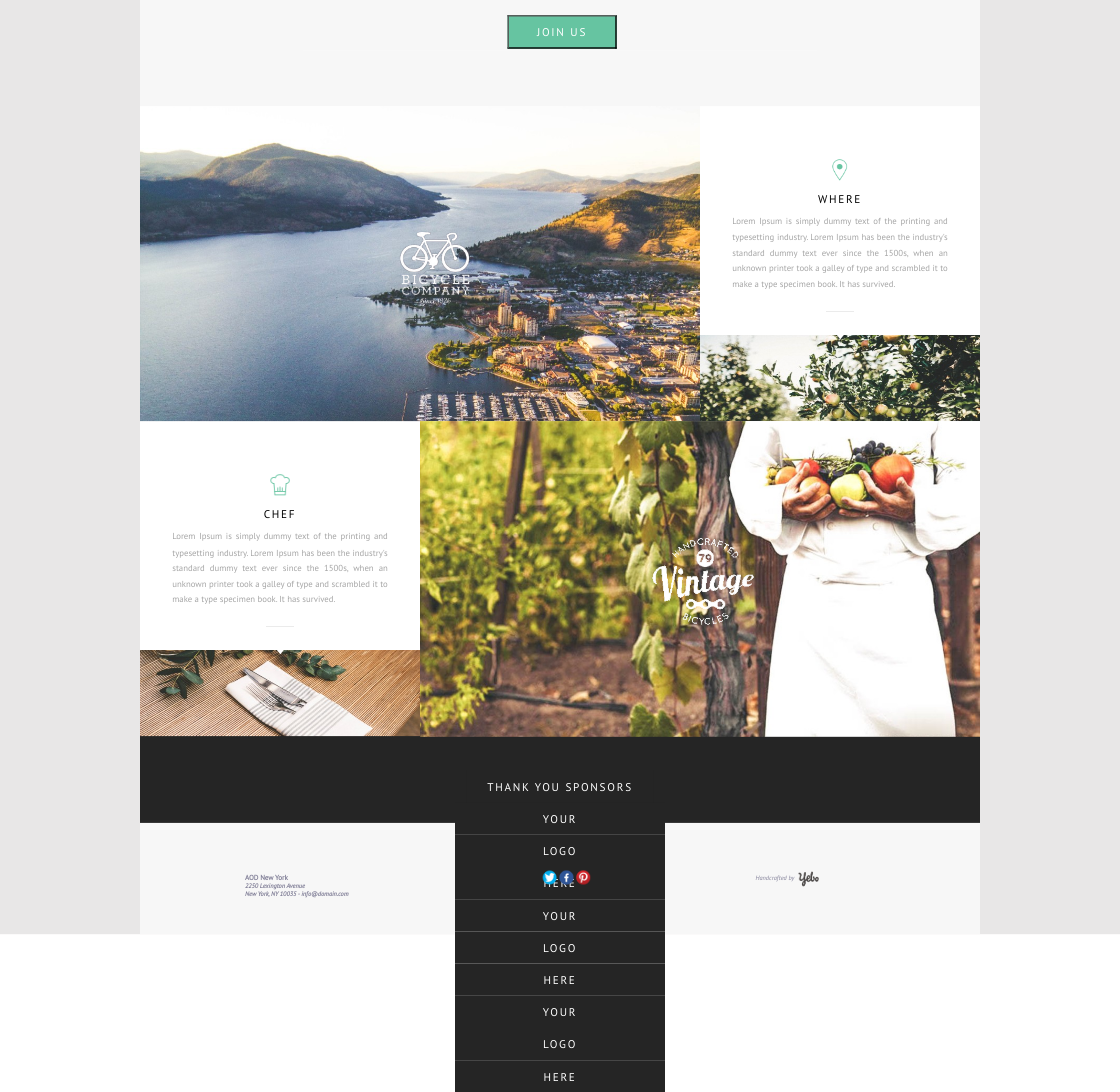
Repository: vancodes/longtable
Page: index.html
These files come from the project's save history. The page is drawn as it stood at one moment and after the next save; the edit follows.
The browser window is 1280 px wide. The page is 1600 px wide, so the pictures cover 1600 px, including what lies to the right of the window. The pictures show the part of the page from y = 1022 to 2582 px (the page is 2582 px tall before and 2555 px after), at 70% of full size.

Above is the page before, as saved 2019-04-08 15:59:57.

After the next save:
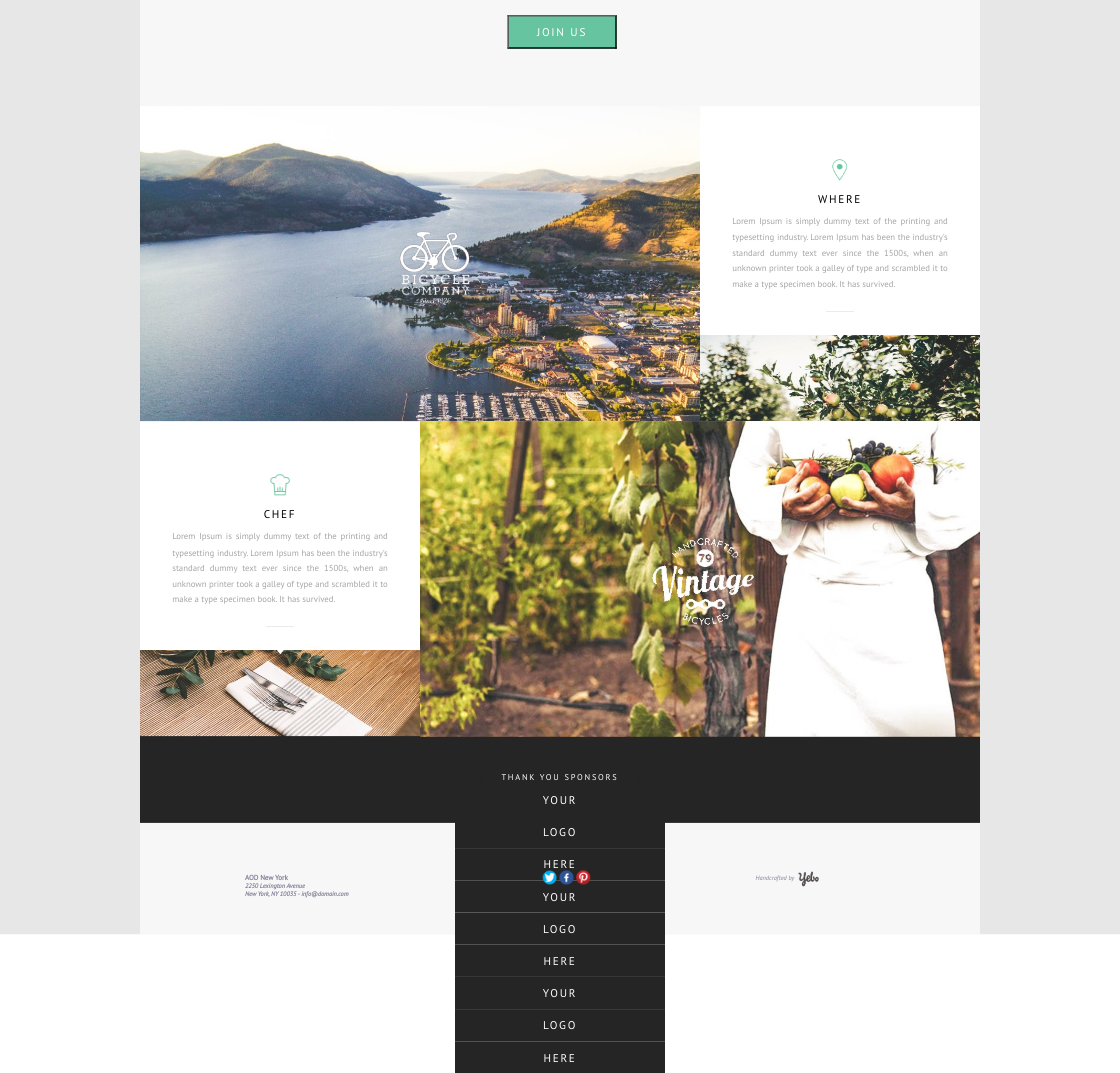
Saved 15 s later.
--- a/index.css
+++ b/index.css
@@ -564,7 +564,7 @@ img {
   background-color: #252525;
 }
 
-.sponsor-logo p{
+  .sponsor-logo p {
   border: none;
   padding: 3px 30px;
   margin: 0 450px;
@@ -586,8 +586,8 @@ img {
   letter-spacing: 2.5px;
   text-transform: uppercase;
   text-align: center;
-  line-height: 2.5em;
-  font-size: 16px;
+  line-height: 1em;
+  font-size: 12px;
   color: #fff;
   background-color: #252525;
 }
